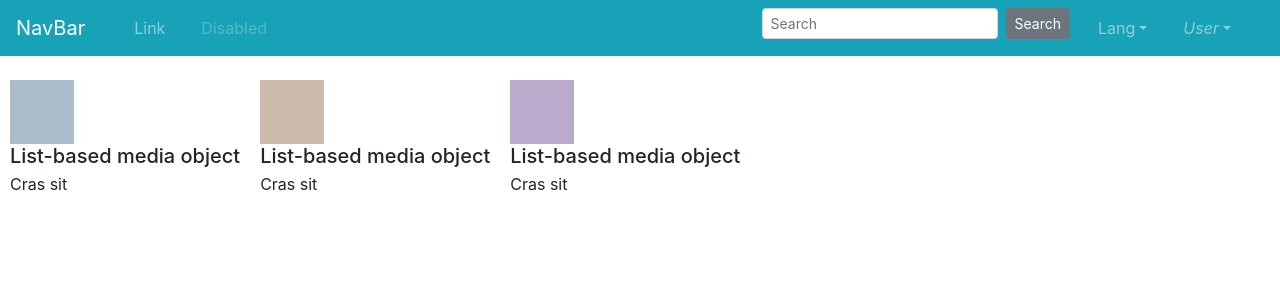
Repository: Funnyrz/vue-nav
Page: /
An editor plug-in stored every save of this project. The page is shown before and after a run of saves, followed by the edit.
The browser window is 1280 px wide. The pictures show the whole page.
The project was rebuilt for these pictures with package versions that can differ from the ones it lists, and the page was loaded fresh each time.

Above is the page before, as saved 2020-08-24 22:47:11.

### public/index.html
<!DOCTYPE html>
<html lang="en">
  <head>
    <meta charset="utf-8">
    <meta http-equiv="X-UA-Compatible" content="IE=edge">
    <meta name="viewport" content="width=device-width,initial-scale=1.0">
    <link rel="icon" href="<%= BASE_URL %>favicon.ico">
    <title>vue-pic</title>
  </head>
  <body>
    <noscript>
      <strong>We're sorry but vue-pic doesn't work properly without JavaScript enabled. Please enable it to continue.</strong>
    </noscript>
    <div id="app"></div>
    <!-- built files will be auto injected -->
  </body>
</html>

### src/main.js
import Vue from 'vue'
import App from './App.vue'
import 'bootstrap/dist/css/bootstrap.css'
import 'bootstrap-vue/dist/bootstrap-vue.css'
import BootstrapVue from 'bootstrap-vue'
// ES Modules syntax

// require syntax

Vue.use(BootstrapVue)
Vue.config.productionTip = false

new Vue({
  render: h => h(App),
}).$mount('#app')

### src/App.vue
<template>
  <div id="app">
    <HelloWorld msg="Welcome to Your Vue.js App" />
  </div>
</template>

<script>
import HelloWorld from "./components/HelloWorld.vue";

export default {
  name: "app",
  components: {
    HelloWorld
  }
};
</script>

<style>
.container-fluid {
  width: 80%;
}
</style>

### src/components/HelloWorld.vue
<template>
  <div class="hello">
    <div>
      <b-navbar toggleable="lg" type="dark" variant="info">
        <b-navbar-brand href="#">NavBar</b-navbar-brand>

        <b-navbar-toggle target="nav-collapse"></b-navbar-toggle>
        <b-container fluid>
          <b-collapse id="nav-collapse" is-nav>
            <b-navbar-nav>
              <b-nav-item href="#">Link</b-nav-item>
              <b-nav-item href="#" disabled>Disabled</b-nav-item>
            </b-navbar-nav>

            <!-- Right aligned nav items -->
            <b-navbar-nav class="ml-auto">
              <b-nav-form>
                <b-form-input size="sm" class="mr-sm-2" placeholder="Search"></b-form-input>
                <b-button size="sm" class="my-2 my-sm-0" type="submit">Search</b-button>
              </b-nav-form>

              <b-nav-item-dropdown text="Lang" right>
                <b-dropdown-item href="#">EN</b-dropdown-item>
                <b-dropdown-item href="#">ES</b-dropdown-item>
                <b-dropdown-item href="#">RU</b-dropdown-item>
                <b-dropdown-item href="#">FA</b-dropdown-item>
              </b-nav-item-dropdown>

              <b-nav-item-dropdown right>
                <!-- Using 'button-content' slot -->
                <template v-slot:button-content>
                  <em>User</em>
                </template>
                <b-dropdown-item href="#">Profile</b-dropdown-item>
                <b-dropdown-item href="#">Sign Out</b-dropdown-item>
              </b-nav-item-dropdown>
            </b-navbar-nav>
          </b-collapse>
        </b-container>
      </b-navbar>

      <div>
        <ul class="list-unstyled">
          <b-media tag="li">
            <template v-slot:aside>
              <b-img blank blank-color="#abc" width="64" alt="placeholder"></b-img>
            </template>
            <h5 class="mt-0 mb-1">List-based media object</h5>
            <p class="mb-0">Cras sit</p>
          </b-media>

          <b-media tag="li" class="my-4">
            <template v-slot:aside>
              <b-img blank blank-color="#cba" width="64" alt="placeholder"></b-img>
            </template>

            <h5 class="mt-0 mb-1">List-based media object</h5>
            <p class="mb-0">Cras sit</p>
          </b-media>

          <b-media tag="li">
            <template v-slot:aside>
              <b-img blank blank-color="#bac" width="64" alt="placeholder"></b-img>
            </template>

            <h5 class="mt-0 mb-1">List-based media object</h5>
            <p class="mb-0">Cras sit</p>
          </b-media>
        </ul>
      </div>
    </div>
  </div>
</template>

<script>
export default {
  name: "HelloWorld",
  props: {
    msg: String
  },
  mounted() {}
};
</script>

<!-- Add "scoped" attribute to limit CSS to this component only -->
<style scoped>
h3 {
  margin: 40px 0 0;
}
ul {
  list-style-type: none;
  padding: 0;
}
li {
  display: inline-block;
  margin: 0 10px;
}
a {
  color: #42b983;
}
</style>

After the next 2 saves:
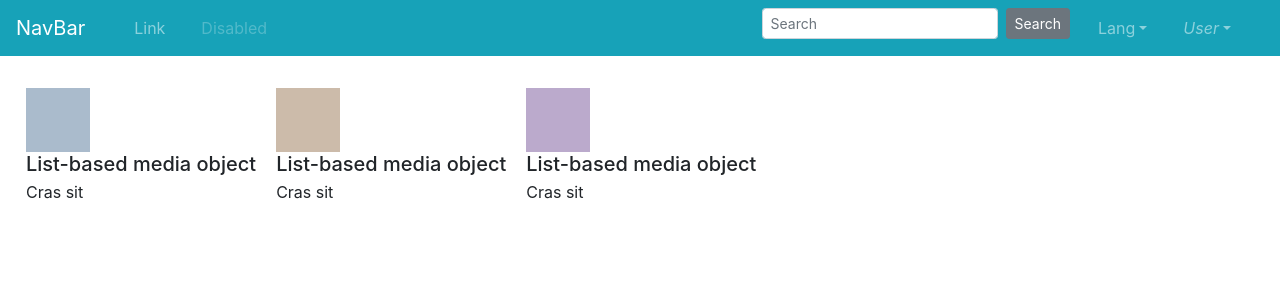
The 2 saves are shown as one change because 1 did not build or start.
The last was saved 74 s later.
--- a/src/components/HelloWorld.vue
+++ b/src/components/HelloWorld.vue
@@ -38,36 +38,37 @@
           </b-collapse>
         </b-container>
       </b-navbar>
+      <b-navbar>
+        <div>
+          <ul class="list-unstyled">
+            <b-media tag="li">
+              <template v-slot:aside>
+                <b-img blank blank-color="#abc" width="64" alt="placeholder"></b-img>
+              </template>
+              <h5 class="mt-0 mb-1">List-based media object</h5>
+              <p class="mb-0">Cras sit</p>
+            </b-media>
 
-      <div>
-        <ul class="list-unstyled">
-          <b-media tag="li">
-            <template v-slot:aside>
-              <b-img blank blank-color="#abc" width="64" alt="placeholder"></b-img>
-            </template>
-            <h5 class="mt-0 mb-1">List-based media object</h5>
-            <p class="mb-0">Cras sit</p>
-          </b-media>
+            <b-media tag="li" class="my-4">
+              <template v-slot:aside>
+                <b-img blank blank-color="#cba" width="64" alt="placeholder"></b-img>
+              </template>
 
-          <b-media tag="li" class="my-4">
-            <template v-slot:aside>
-              <b-img blank blank-color="#cba" width="64" alt="placeholder"></b-img>
-            </template>
+              <h5 class="mt-0 mb-1">List-based media object</h5>
+              <p class="mb-0">Cras sit</p>
+            </b-media>
 
-            <h5 class="mt-0 mb-1">List-based media object</h5>
-            <p class="mb-0">Cras sit</p>
-          </b-media>
+            <b-media tag="li">
+              <template v-slot:aside>
+                <b-img blank blank-color="#bac" width="64" alt="placeholder"></b-img>
+              </template>
 
-          <b-media tag="li">
-            <template v-slot:aside>
-              <b-img blank blank-color="#bac" width="64" alt="placeholder"></b-img>
-            </template>
-
-            <h5 class="mt-0 mb-1">List-based media object</h5>
-            <p class="mb-0">Cras sit</p>
-          </b-media>
-        </ul>
-      </div>
+              <h5 class="mt-0 mb-1">List-based media object</h5>
+              <p class="mb-0">Cras sit</p>
+            </b-media>
+          </ul>
+        </div>
+      </b-navbar>
     </div>
   </div>
 </template>
